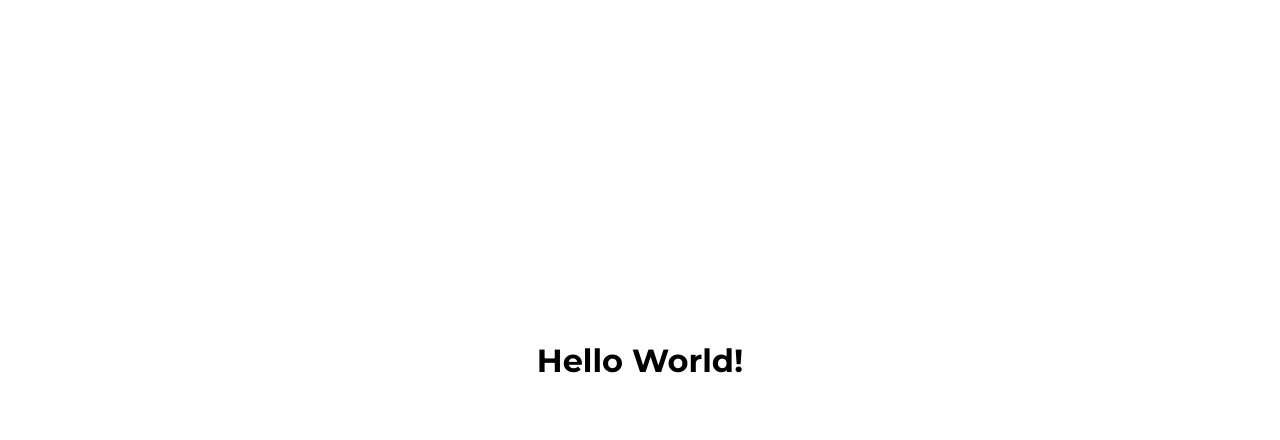
Repository: kate30980/js-practice
Page: popup-modal/index.html
These files come from the project's save history. The page is drawn as it stood at one moment and after the next save; the edit follows.
The browser window is 1280 px wide. The pictures show the whole page.

Above is the page before, as saved 2021-08-28 23:11:45.

### popup-modal/index.html
<!DOCTYPE html>
<html lang="en">

<head>
    <meta charset="UTF-8">
    <meta http-equiv="X-UA-Compatible" content="IE=edge">
    <meta name="viewport" content="width=device-width, initial-scale=1.0">
    <title>Popup-Modal</title>
    <link rel="stylesheet" href="style.css">
    <script src="script.js" defer></script>
</head>

<body>
    <h1>Hello World!</h1>
</body>

</html>

### popup-modal/style.css
@import url('https://fonts.googleapis.com/css2?family=Montserrat:wght@300;400;600;700&display=swap');
*{
    box-sizing: border-box;
}
body{
    display: flex;
    align-items: center;
    justify-content: center;
    font-family: 'Montserrat', sans-serif;
    margin: 0;
    min-height:100vh;
}

Loaded but not shown: popup-modal/script.js (no stored copy; drawn as an empty file)

After the next save:
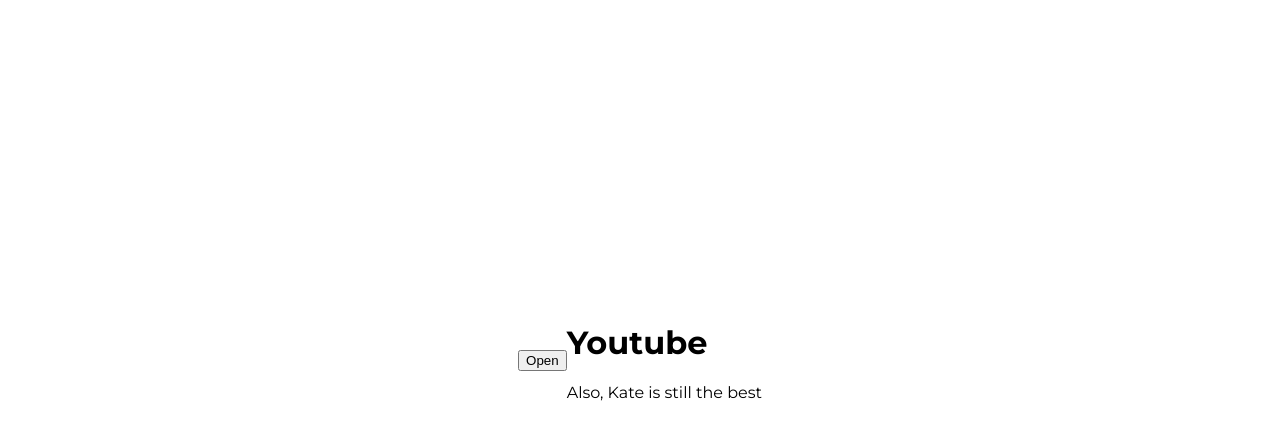
Saved 3 min 3 s later.
--- a/popup-modal/index.html
+++ b/popup-modal/index.html
@@ -11,7 +11,14 @@
 </head>
 
 <body>
-    <h1>Hello World!</h1>
+    <button id="btn">Open</button>
+
+    <div class="popup-container">
+        <div class="popup">
+            <h1>Youtube</h1>
+            <p>Also, Kate is still the best</p>
+        </div>
+    </div>
 </body>
 
 </html>
